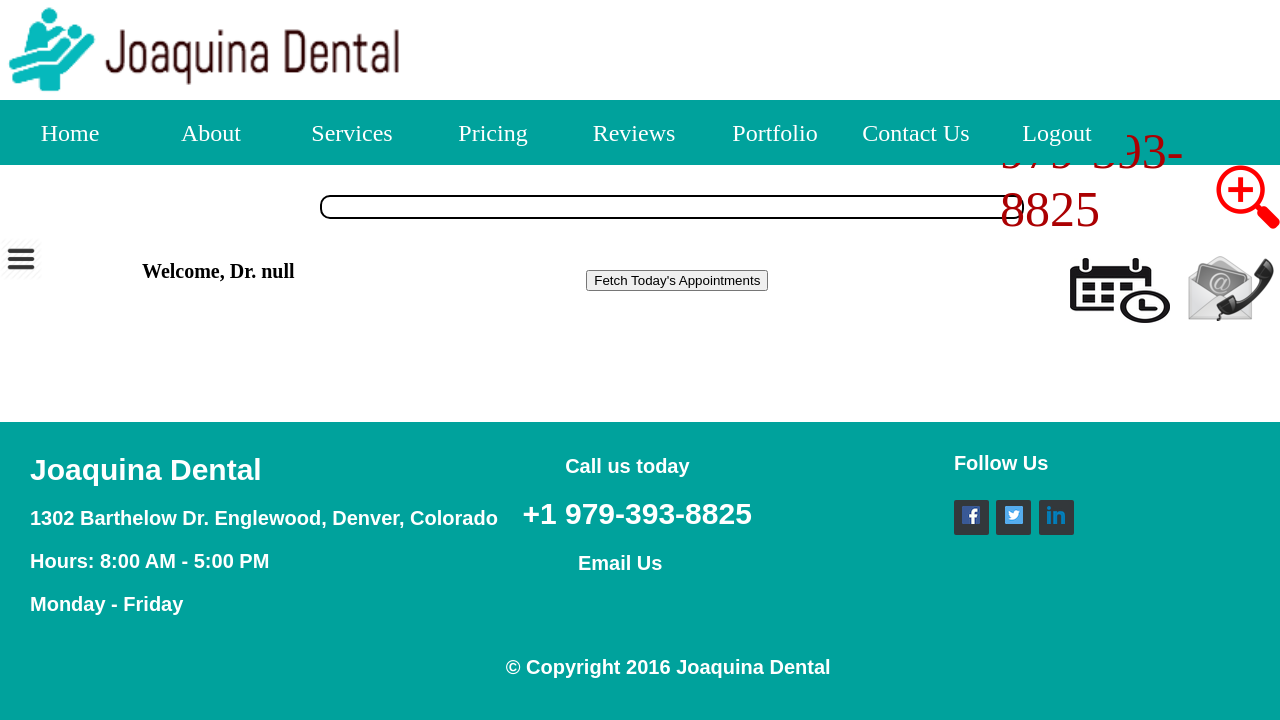
Repository: ManjushaBolishetty/test
Page: http://localhost/test/DentistHomePage.jsp
An editor plug-in stored every save of this project. The page is shown before and after the next save, followed by the edit.
The browser window is 1280 px wide. The pictures show the whole page.
The page is served by Tomcat 9.

Above is the page before, as saved 2016-04-03 17:32:01.

After the next save:
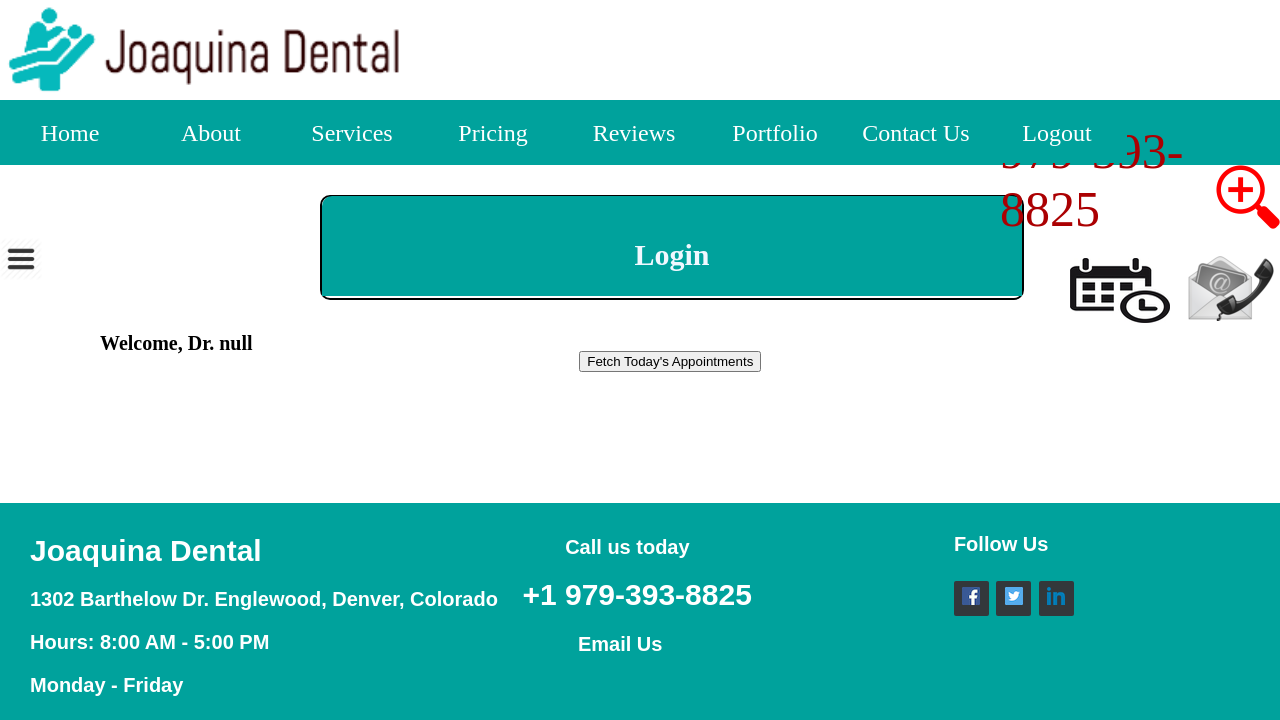
Saved 16 s later.
--- a/test/WebContent/DentistHomePage.jsp
+++ b/test/WebContent/DentistHomePage.jsp
@@ -36,6 +36,9 @@ $(document).ready(function(){
 </script>
 <body>
 <div id="cover">
+<header>
+    <h3>Login</h3>
+</header>
 </div>
 
 <div class="Logindate">
